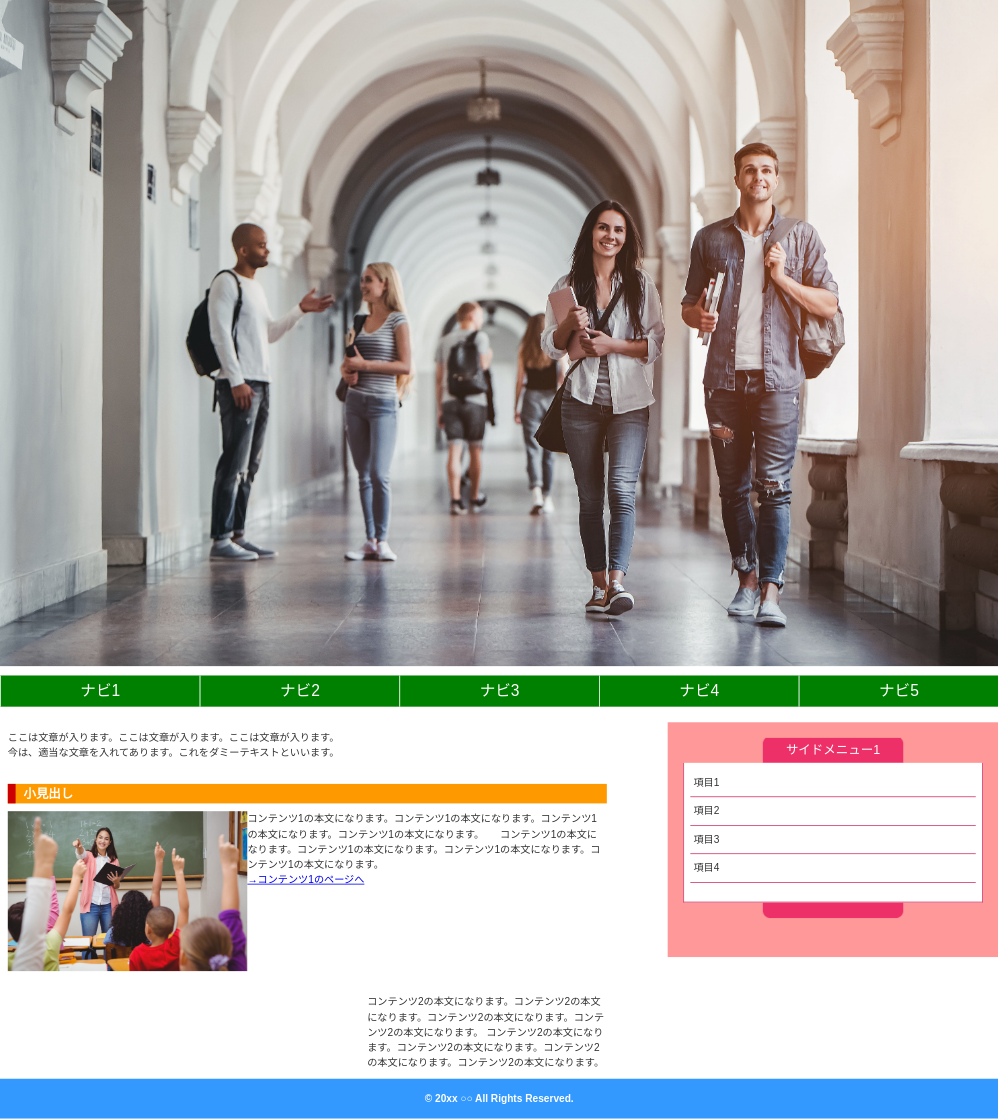
Repository: milkn78/samurai_HTML-CSS
Page: home.html
The author's editor kept a record of every edit. The page is drawn from the files as they stood at one moment, then again after the next edit.
The browser window is 1280 px wide. The pictures show the whole page, at 78% of full size.

Above is the page before.

After the next edit:
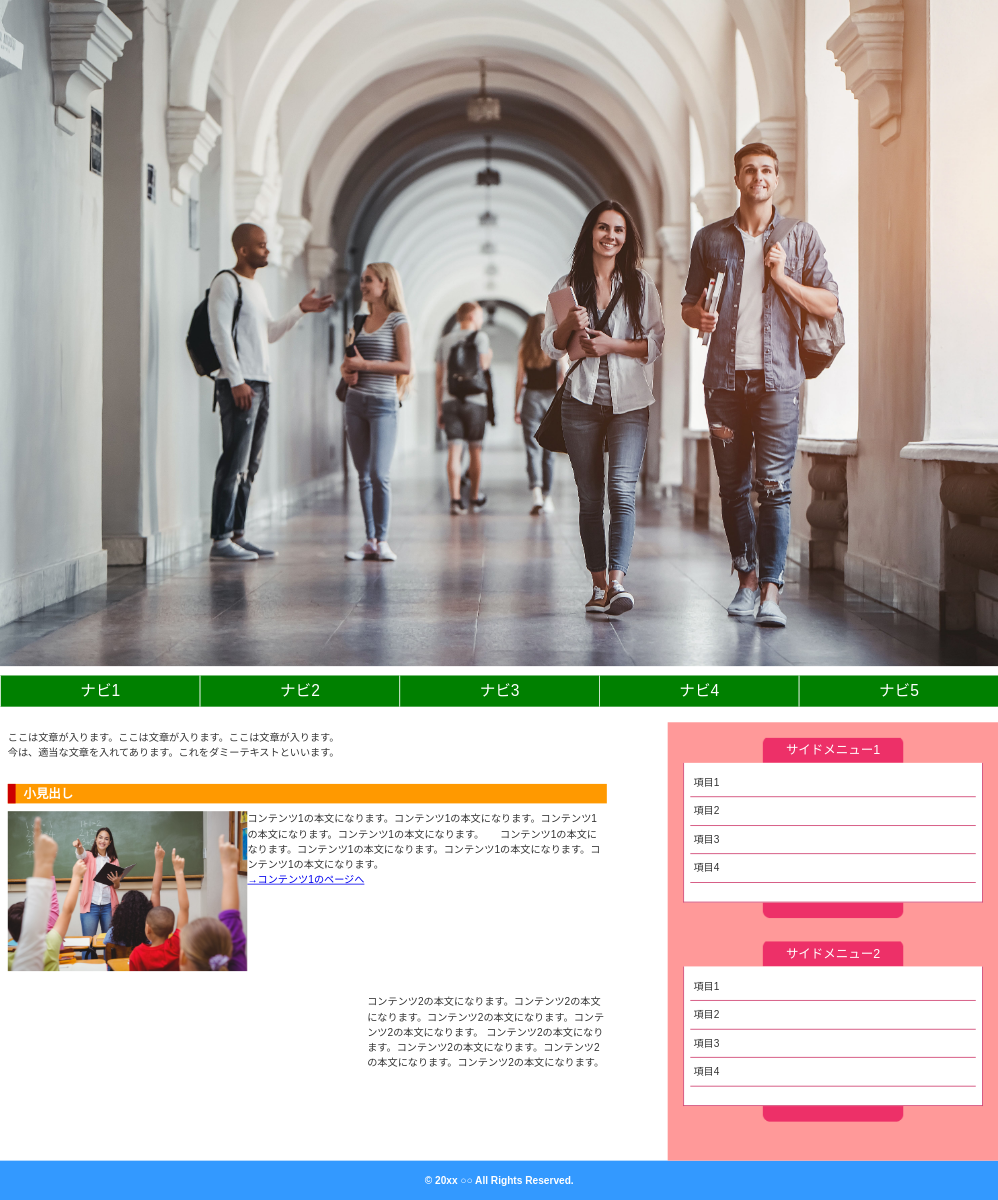
The edit:
--- a/home.html
+++ b/home.html
@@ -52,6 +52,17 @@
                         </ul>
                     </div>
                 </div>
+                <div class="box">
+                    <h2>サイドメニュー2</h2>
+                    <div class="boxBody">
+                        <ul>
+                            <li>項目1</li>
+                            <li>項目2</li>
+                            <li>項目3</li>
+                            <li>項目4</li>
+                        </ul>
+                    </div>
+                </div>
             </div>
        </div>
        <div id="footer">
